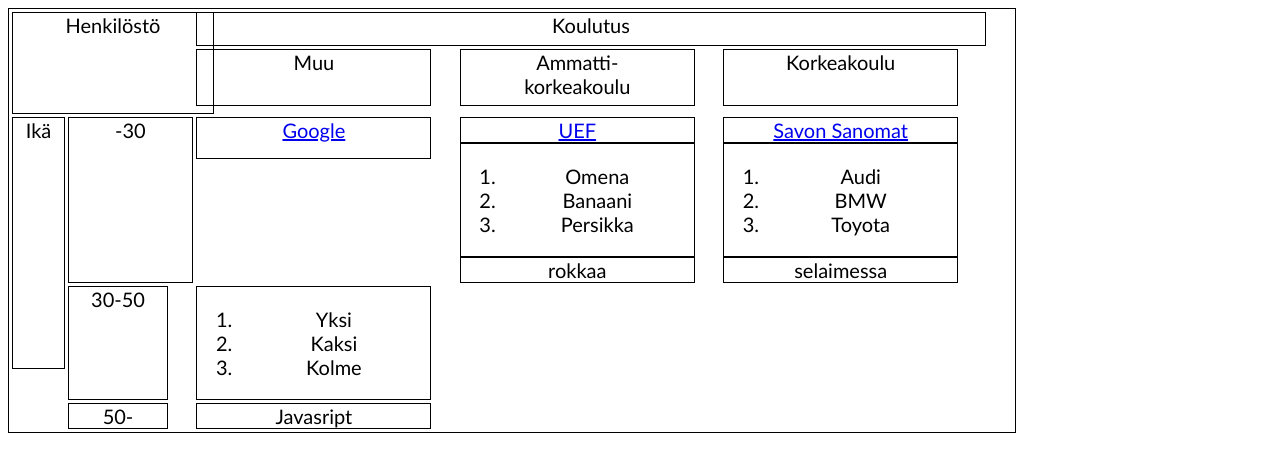
Repository: Niina-Maria/tehtavat-12-17-Niina-Maria2
Page: teht14.html
An editor plug-in stored every save of this project. The page is shown before and after the next save, followed by the edit.
The browser window is 1280 px wide. The pictures show the whole page.

Above is the page before, as saved 2024-11-18 15:59:44.

After the next save:
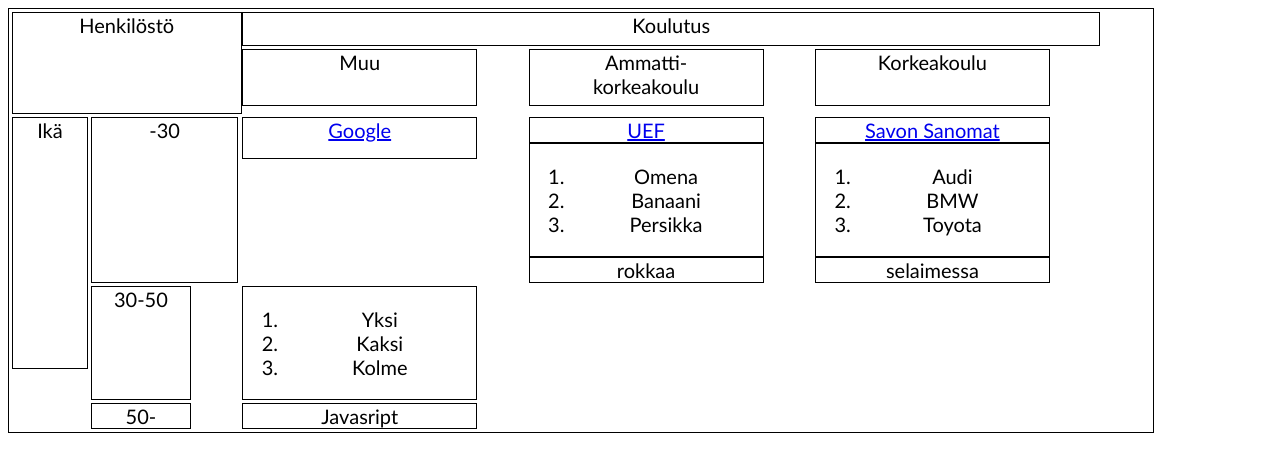
Saved 31 s later.
--- a/teht14.css
+++ b/teht14.css
@@ -1,7 +1,7 @@
 
 .grid-container{
     display: grid;
-    width: 1000px;
+    width: 90%;
     /* grid-template-columns: 100px 100px 233px 233px 233px;    */
     grid-template-areas:
     "header header header2 header2 header2"
